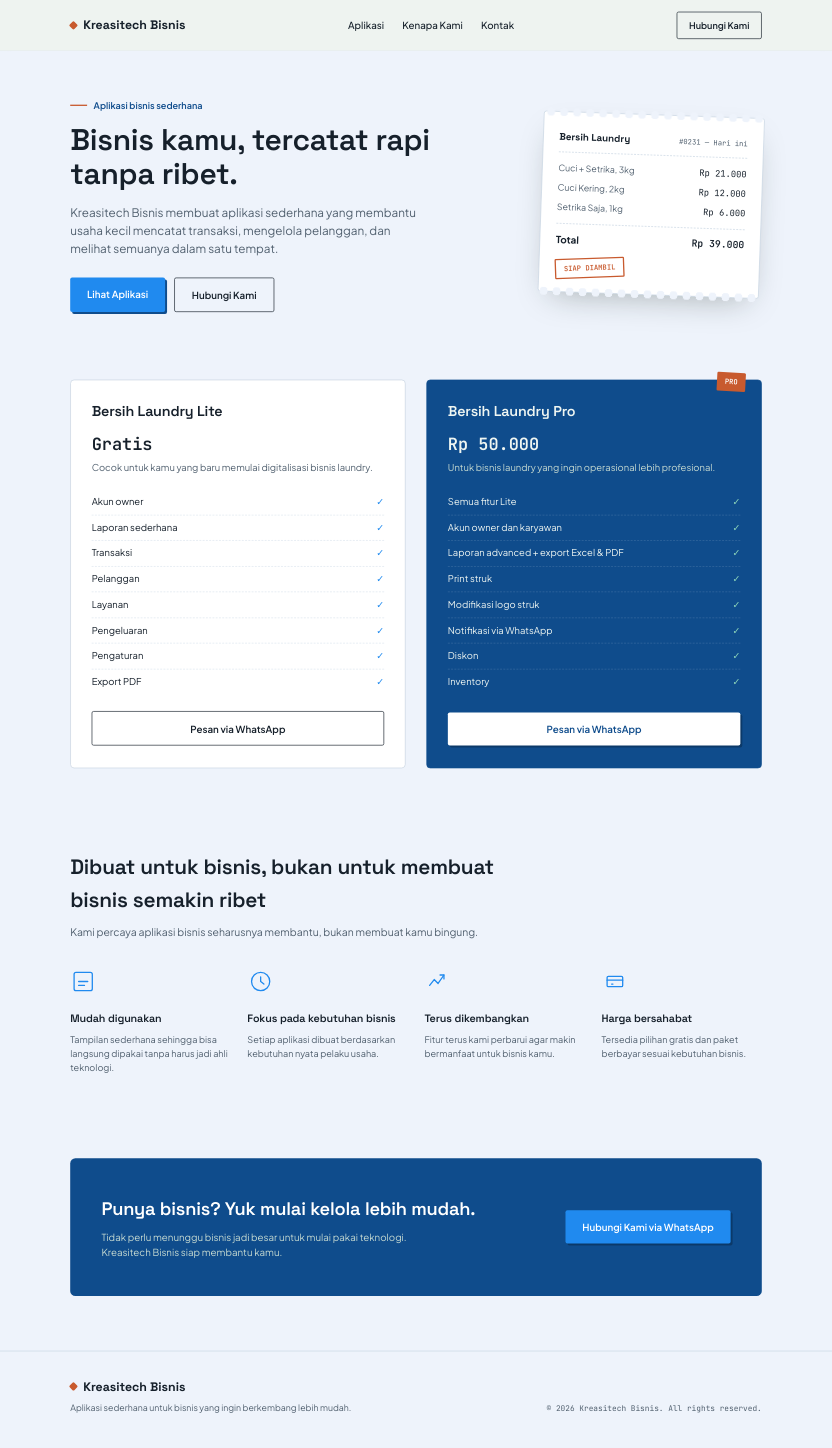
Repository: joao880hbhb/kreasitech
Page: produk/bersih-laundry.html
The author's editor kept a copy of each file at every save. The page is drawn from the files as they stood at one save, then again after the next save.
The browser window is 1280 px wide. The pictures show the whole page, at 65% of full size.

Above is the page before, as saved 2026-09-14 21:30:42.

After the next save:
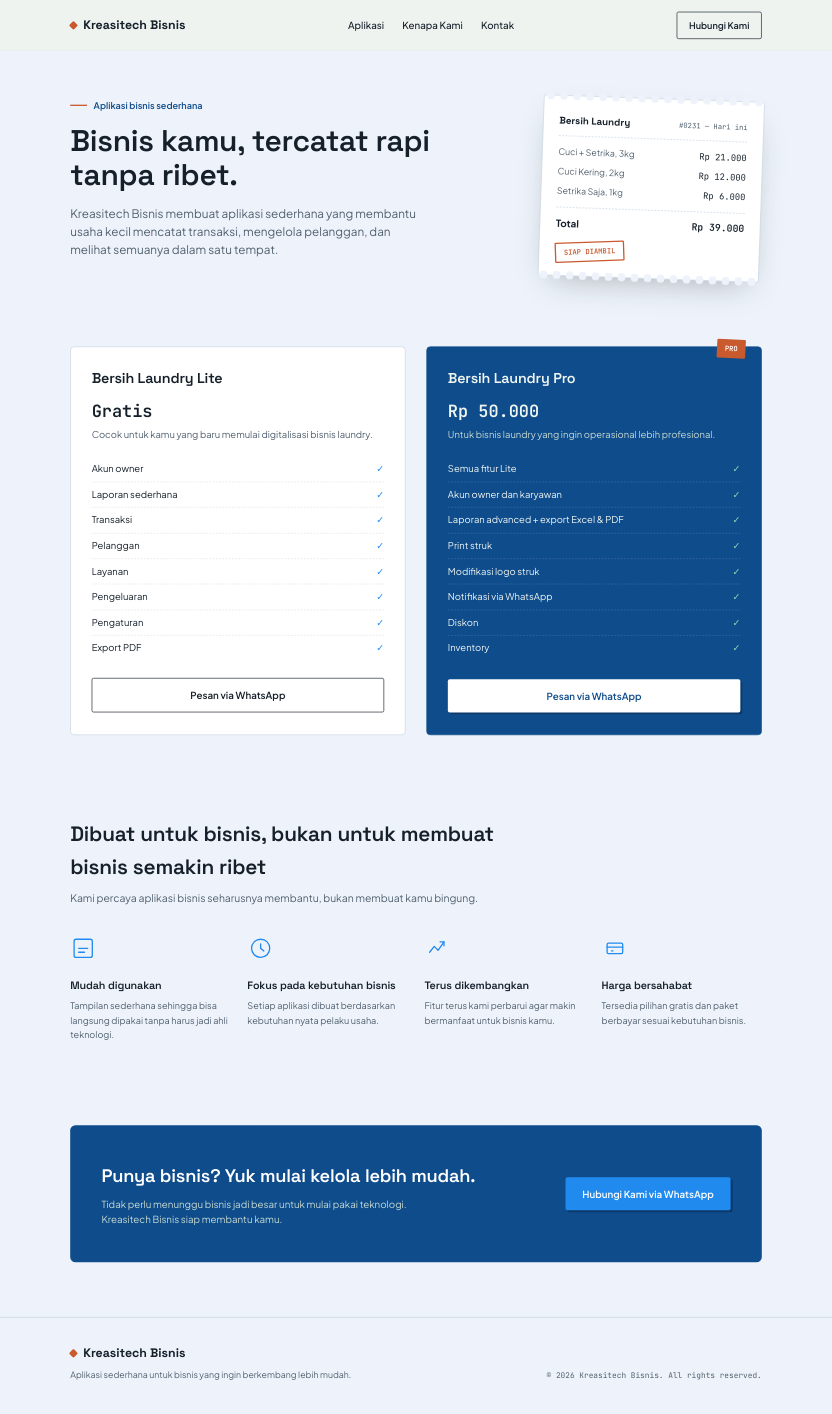
Saved 23 s later.
--- a/produk/bersih-laundry.html
+++ b/produk/bersih-laundry.html
@@ -251,10 +251,10 @@
       <div class="eyebrow-line">Aplikasi bisnis sederhana</div>
       <h1>Bisnis kamu, tercatat rapi tanpa ribet.</h1>
       <p class="lead">Kreasitech Bisnis membuat aplikasi sederhana yang membantu usaha kecil mencatat transaksi, mengelola pelanggan, dan melihat semuanya dalam satu tempat.</p>
-      <div class="hero-cta">
+      <!-- <div class="hero-cta">
         <a href="#produk" class="btn-primary">Lihat Aplikasi</a>
         <a href="#kontak" class="btn-secondary">Hubungi Kami</a>
-      </div>
+      </div> -->
     </div>
     <div>
       <div class="receipt-mock">
